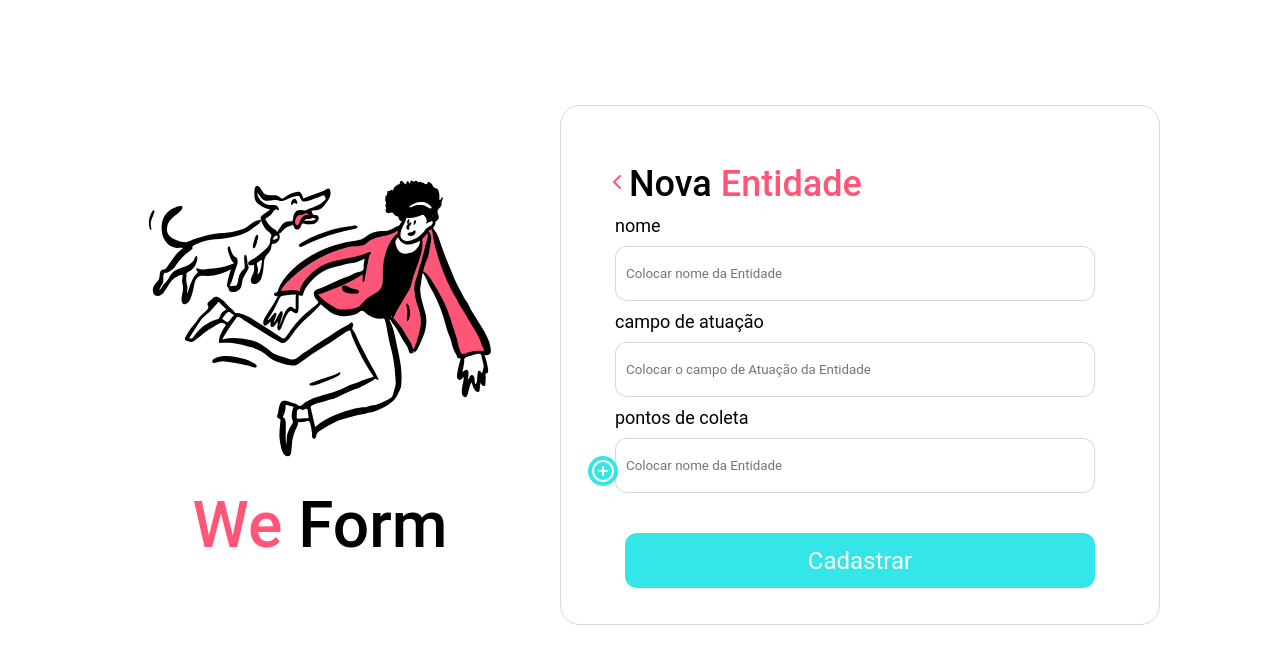
Repository: guilhermecardoso93/we-form
Page: nova-entidade.html
The author's editor kept a copy of each file at every save. The page is drawn from the files as they stood at one save, then again after the next save.
The browser window is 1280 px wide. The pictures show the whole page.
Some web libraries are served in a nearby version.

Above is the page before, as saved 2024-06-09 18:27:45.

### nova-entidade.html
<!DOCTYPE html>
<html lang="pt-BR">

    <head>
        <meta charset="UTF-8">
        <meta name="viewport" content="width=device-width, initial-scale=1.0">
        <link rel="stylesheet"
            href="https://cdnjs.cloudflare.com/ajax/libs/font-awesome/5.13.1/css/all.min.css">
        <link rel="stylesheet" href="./styles.css">
        <title>We Form</title>
    </head>

    <body>
        <div class="content">

            <aside>
                <img src="./assets/hero.svg"
                    alt="Ilustração mulher com cachorro" />
                <h1>
                    <span>We</span> Form
                </h1>
            </aside>

            <main>
                <div class="header">
                    <a href="/">
                        <img src="./assets/arrow-back.svg" alt="seta" />
                        </a href="/">
                        <h2>Nova <span>Entidade</span></h2>
                    </div>

                    <form>
                        <label form="nome">Nome</label>
                        <input type="text"
                            placeholder="Colocar nome da Entidade" id="nome">

                        <label form="field">Campo de Atuação</label>
                        <input type="text"
                            placeholder="Colocar o campo de Atuação da Entidade"
                            id="field">

                        <div>
                            <label form="points">Pontos de coleta</label>
                            <div class="points-things">
                                <input type="text"
                                    placeholder="Colocar nome da Entidade"
                                    id="points">
                                <button>
                                    <img src="./assets/plus.svg" alt />
                                </button>
                            </div>

                        </div>
                    </form>
                    <div class="buttons">
                        <button>
                            <a href="http://">Cadastrar </a>
                        </div>

                    </main>
                </div>
            </body>

        </html>

### styles.css
* {
  padding: 0;
  margin: 0;
  box-sizing: border-box;
  font-family: Roboto, sans-serif;
}

:root {
  font-size: 62.5%;
  --border-color: .1rem solid rgba(0, 0, 0, 0.15);
}

body {
  font-size: 1.6rem;
  text-decoration: none;
}

.content {
  display: flex;
  flex-wrap: wrap-reverse;
  align-items: center;
  justify-content: center;
  gap: 4rem;
  margin: 10.5rem 0 4rem 0;
}


aside {
  display: flex;
  flex-direction: column;
  align-items: center;
  justify-content: center;
  gap: 2rem;
}

aside h1 {
  font-size: 6.4rem;
  font-weight: 500;
  line-height: 75px;
}

aside h1>span, main h2>span {
  color: #FF5678;
}

aside img {
  width: 40rem;
}


main {
  width: 60rem;
  height: 52rem;
  border: var(--border-color);
  border-radius: 20px;
  padding: 5.7rem 4.4rem;
  position: relative;
}

main h2 {
  max-width: 43rem;
  font-size: 3.6rem;
  font-weight: 500;
}

.buttons {
  display: flex;
  flex-direction: column;
  justify-content: center;
  gap: 3.5rem;
  margin: 2rem;
}


.buttons button {
  background-color: #35e6e9;
  height: 5.5rem;
  border: none;
  border-radius: 12px;
}

.buttons button:hover {
  opacity: 0.5;
}

.buttons button a {
  text-decoration: none;
  color: #fff;
  font-size: 2.4rem;
}

.buttons button+button {
  background-color: #FF5678;
}

.footer {
  display: flex;
  flex-direction: column;
  align-items: center;
  justify-content: center;
  gap: 1rem;
}

.footer p {
  font-size: 1.6rem;
  margin-top: 8rem;
}

.footer a {
  font-size: 1.2rem;
  color: #000;
  text-decoration: none;
}

main form {
  display: flex;
  flex-direction: column;
  padding: 1rem;
}

main form input {
  width: 48rem;
  height: 5.5rem;
  background-color: #ffff;
  border: var(--border-color);
  border-radius: 12px;
  padding: 1rem;
  margin-bottom: 1rem;
}


main form label {
  font-size: 1.8rem;
  font-weight: 400;
  text-transform: lowercase;
  margin-bottom: 1rem;
  display: block;
}

.header {
  display: flex;
  align-items: center;
}

.points-things {
  display: flex;
  justify-content: space-between;
  align-items: center;
  gap: 0.5rem;
}

.points-things button {
  display: flex;
  border: none;
  border-radius: 50px;
  height: 30px;
  width: 30px;
  align-items: center;
  justify-content: center;
  background-color: #35e6e9;
  position: absolute;
  right: 0;
  left: 27px;
}

### assets/arrow-back.svg
<svg xmlns="http://www.w3.org/2000/svg" width="24" height="24" viewBox="0 0 24 24" fill="none" stroke="#FF5678" stroke-width="2" stroke-linecap="round" stroke-linejoin="round" class="lucide lucide-chevron-left"><path d="m15 18-6-6 6-6"/></svg>

### assets/plus.svg
<svg xmlns="http://www.w3.org/2000/svg" width="24" height="24" viewBox="0 0 24 24" fill="none" stroke="#fff" stroke-width="2" stroke-linecap="round" stroke-linejoin="round" class="lucide lucide-circle-plus"><circle cx="12" cy="12" r="10"/><path d="M8 12h8"/><path d="M12 8v8"/></svg>

After the next save:
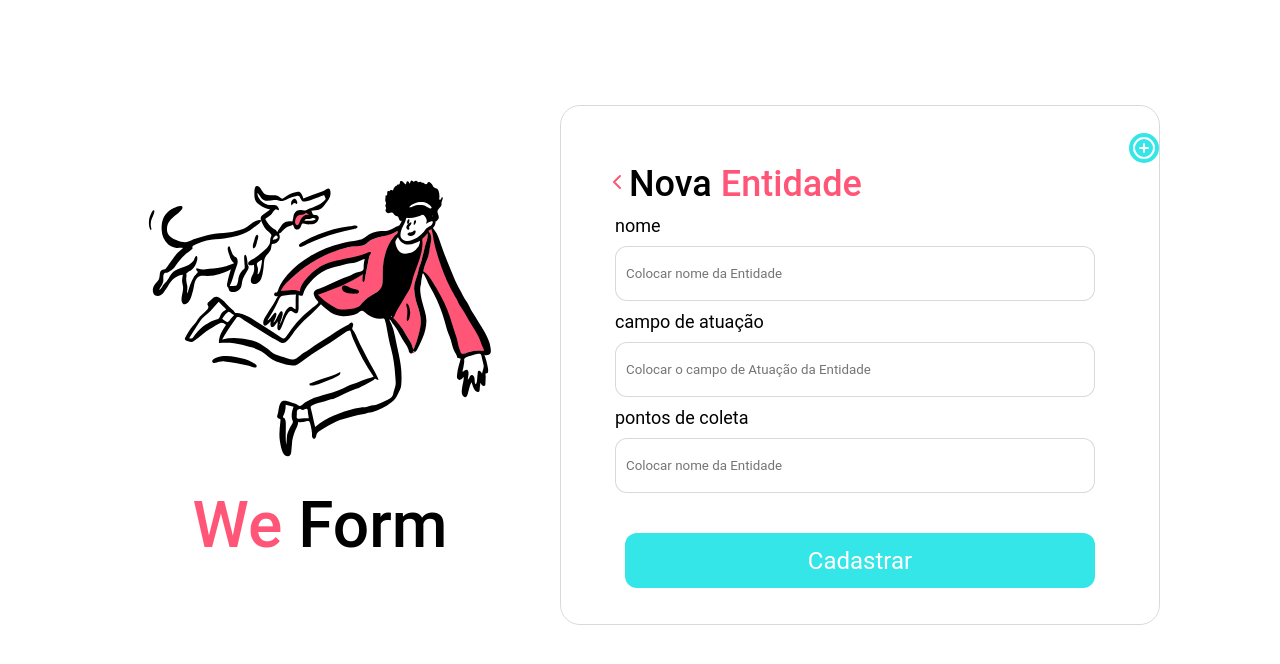
Saved 5 s later.
--- a/styles.css
+++ b/styles.css
@@ -160,5 +160,5 @@ main form label {
   background-color: #35e6e9;
   position: absolute;
   right: 0;
-  left: 27px;
+  top: 27px;
 }
